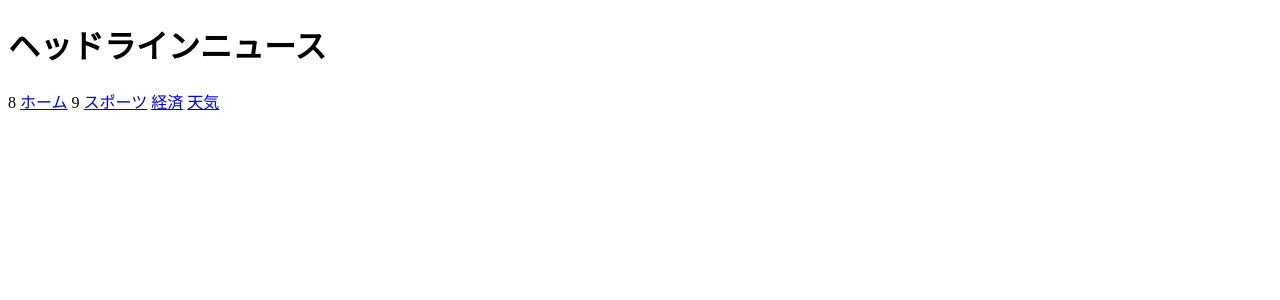
Repository: BearTepp/samurai_HTML-CSS
Page: layout.html
The author's editor kept a record of every edit. The page is drawn from the files as they stood at one moment, then again after the next edit.
The browser window is 1280 px wide. The pictures show the whole page.

Above is the page before.

After the next edit:
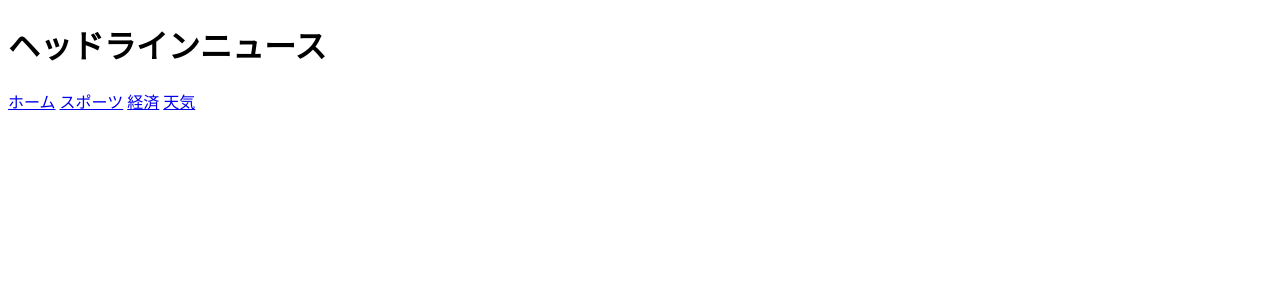
The edit:
--- a/layout.html
+++ b/layout.html
@@ -5,8 +5,8 @@
     <header>
       <h1>ヘッドラインニュース</h1>
        <nav>
-8       <a href="layout.html">ホーム</a>
-9       <a href="https://www.google.com">スポーツ</a>
+         <a href="layout.html">ホーム</a>
+         <a href="https://www.google.com">スポーツ</a>
          <a href="https://www.google.com">経済</a>
          <a href="https://www.google.com">天気</a>
        </nav>
